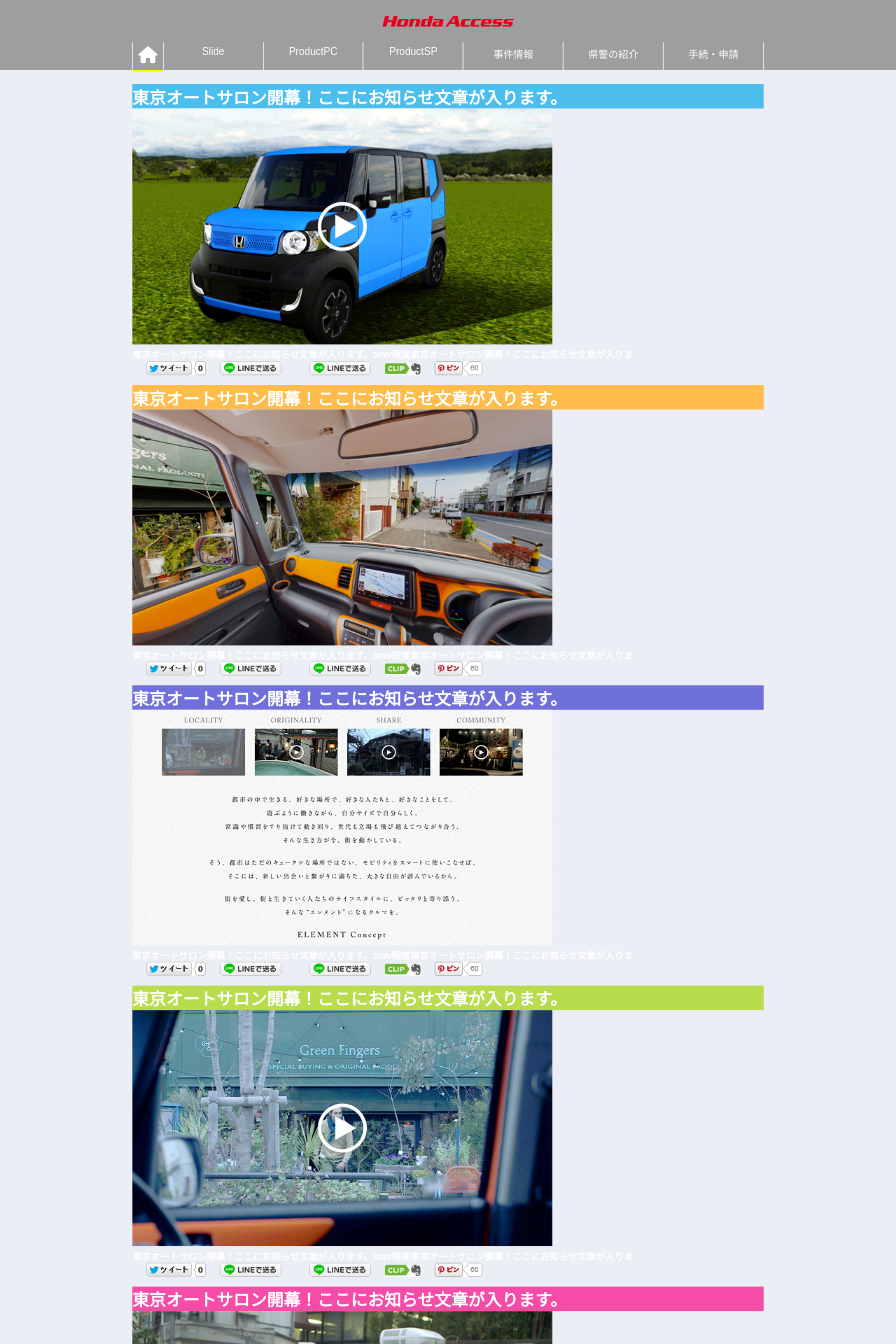
Repository: dovanluyen1996/honda
Page: /productsp (app in hondajapan/)
These files come from the project's save history. The page is drawn as it stood at one moment and after the next save; the edit follows.
The browser window is 1280 px wide. The pictures show the part of the page from y = 0 to 1920 px (the page is 3703 px tall before and 2423 px after), at 70% of full size.
Pictures or frames that could not be fetched are drawn as grey boxes. Some web libraries are served in a nearby version. The project was rebuilt for these pictures with package versions that can differ from the ones it lists, and the page was loaded fresh each time. Also part of the build but not shown: hondajapan/src/component/Slide/Slide.scss, hondajapan/src/component/Slide/Slide.js, hondajapan/src/component/Product/ProductPC/ProductPC.scss, hondajapan/src/component/Product/ProductPC/ProductPC.js, hondajapan/src/component/Infor/Infor.scss, hondajapan/src/component/Infor/Infor.js, hondajapan/src/Main/Main.js.

Above is the page before, as saved 2021-09-09 15:25:17.

After the next save:
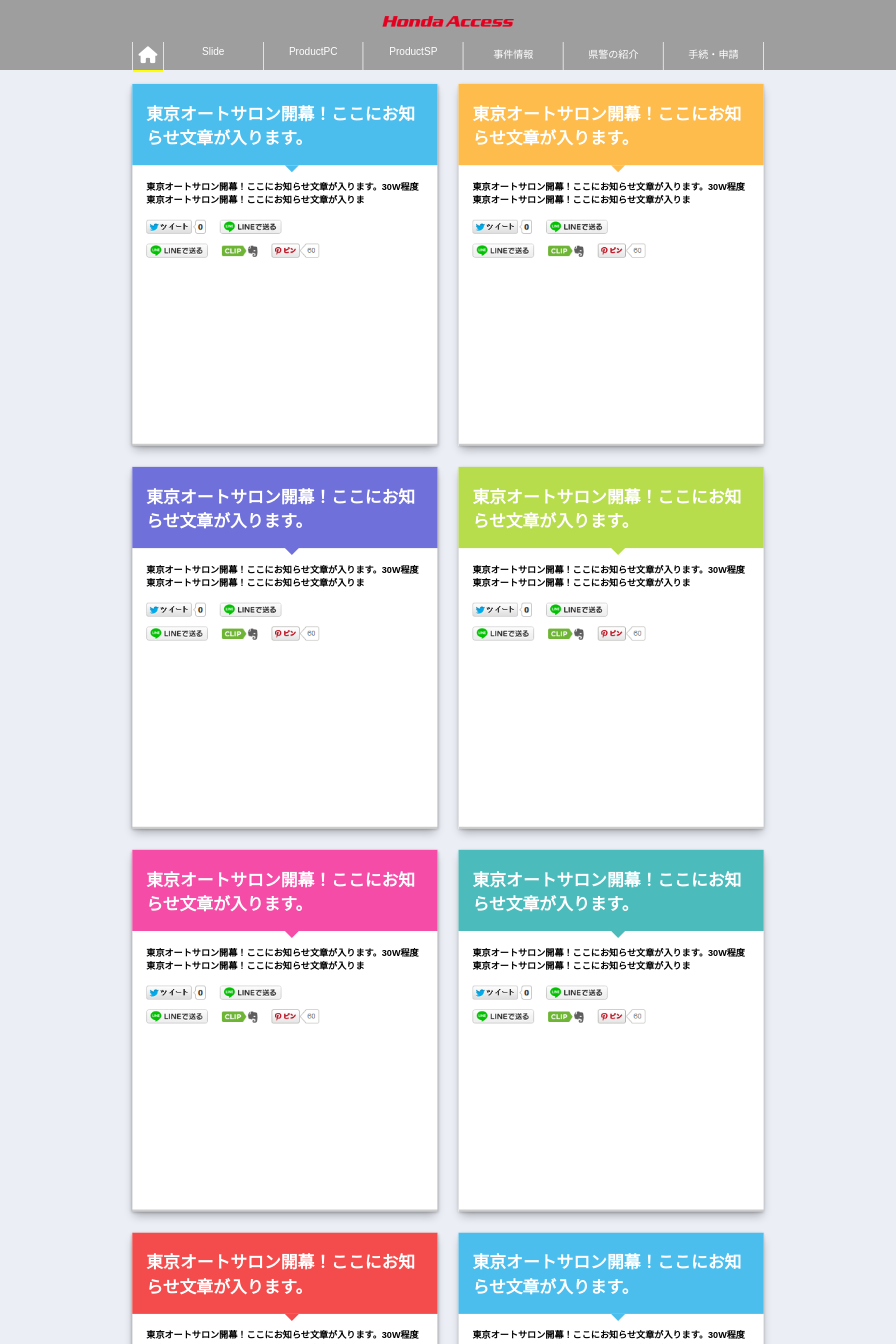
Saved 2 min 31 s later.
--- a/hondajapan/src/App.js
+++ b/hondajapan/src/App.js
@@ -26,10 +26,10 @@
             {/*-----Slide-----*/}
 
             {/*-----Product-----*/}
-
-            <Route path="/productpc" component={ProductPC} />
-            <Route path="/productsp" component={ProductSP} />
-
+            <section className="product">
+              <Route path="/productpc" component={ProductPC} />
+              <Route path="/productsp" component={ProductSP} />
+            </section>
             {/*-----Product-----*/}
           </div>
         </main>
